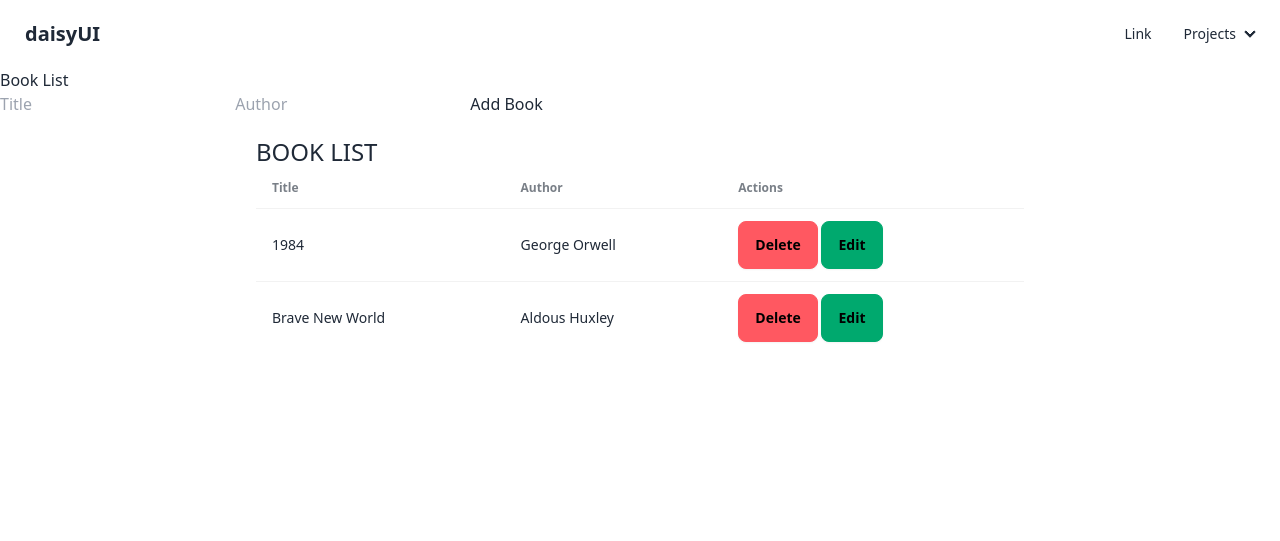
Repository: sibi24sibi/Crud-app-svelte
Page: /
These files come from the project's save history. The page is drawn as it stood at one moment and after the next save; the edit follows.
The browser window is 1280 px wide. The pictures show the whole page.
The project was rebuilt for these pictures with package versions that can differ from the ones it lists, and the page was loaded fresh each time. Also part of the build but not shown: svelte.config.js, vite.config.js, src/lib/Counter.svelte, src/Components/Input.Svelte, src/Components/InputData.svelte.

Above is the page before, as saved 2024-06-30 18:58:34.

### index.html
<!doctype html>
<html lang="en" data-theme="light">
  <head>
    <meta charset="UTF-8" />
    <link rel="icon" type="image/svg+xml" href="/vite.svg" />
    <meta name="viewport" content="width=device-width, initial-scale=1.0" />
    <title>Vite + Svelte</title>
  </head>
  <body>
    <div id="app"></div>
    <script type="module" src="/src/main.js"></script>
  </body>
</html>

### src/App.svelte
<script>
  import svelteLogo from "./assets/svelte.svg";
  import viteLogo from "/vite.svg";
  import Counter from "./lib/Counter.svelte";
  import Navbar from "./Components/Navbar.svelte";
  import Video from "./Components/InputData.svelte";
  import InputData from "./Components/InputData.svelte";
  import AddBook from "./Components/AddBook.svelte";
  import BookList from "./Components/BookList.svelte";
</script>

<main>
  <Navbar />

  <h1>Book List</h1>
  <AddBook />
  <BookList />
</main>

<style>
</style>

### src/Components/Navbar.svelte
<script></script>

<body>
  <div class="navbar bg-base-100">
    <div class="flex-1">
      <a class="btn btn-ghost text-xl">daisyUI</a>
    </div>
    <div class="flex-none">
      <ul class="menu menu-horizontal px-1">
        <li><a>Link</a></li>
        <li>
          <details>
            <summary>Projects</summary>
            <ul class="bg-base-100 rounded-t-none p-2">
              <li><a>Video player</a></li>
              <li><a>data entry</a></li>
            </ul>
          </details>
        </li>
      </ul>
    </div>
  </div>
</body>

<style>
</style>

### src/Components/AddBook.svelte
<script>
  import { books } from "./BookStore.js";
  let title = "";
  let author = "";

  function addBook() {
    books.update((items) => [
      ...items,
      { id: items.length ? items[items.length - 1].id + 1 : 1, title, author },
    ]);
    title = "";
    author = "";
  }
</script>

<div>
  <input placeholder="Title" bind:value={title} />
  <input placeholder="Author" bind:value={author} />
  <button on:click={addBook}>Add Book</button>
</div>

### src/Components/BookList.svelte
<script>
  import { books } from "./BookStore.js";
  let editableBook = null;

  function deleteBook(id) {
    books.update((items) => items.filter((item) => item.id !== id));
  }

  function editBook(book) {
    editableBook = { ...book };
  }

  function saveEdit() {
    books.update((items) =>
      items.map((item) => (item.id === editableBook.id ? editableBook : item))
    );
    editableBook = null;
  }
</script>

<div class="overflow-x-auto max-w-3xl mx-auto my-5">
  <h1 class="text-2xl uppercase">Book List</h1>
  <table class="table">
    <thead>
      <tr>
        <th>Title</th>
        <th>Author</th>
        <th>Actions</th>
      </tr>
    </thead>
    <tbody>
      {#each $books as book}
        <tr>
          {#if editableBook && editableBook.id === book.id}
            <td
              ><input
                class="input input-bordered"
                bind:value={editableBook.title}
              /></td
            >

            <td>
              <input
                class="input input-bordered"
                bind:value={editableBook.author}
              /></td
            >
            <td>
              <button class="btn btn-primary" on:click={saveEdit}>Save</button
              ></td
            >
          {:else}
            <td>{book.title} </td> <td> {book.author} </td>
            <td
              ><button
                class="btn btn-error"
                on:click={() => deleteBook(book.id)}>Delete</button
              >
              <button class="btn btn-success" on:click={() => editBook(book)}
                >Edit</button
              ></td
            >
          {/if}
        </tr>
      {/each}
    </tbody>
  </table>
</div>

### src/Components/BookStore.js
import { writable } from "svelte/store";

export const books = writable([
  { id: 1, title: "1984", author: "George Orwell" },
  { id: 2, title: "Brave New World", author: "Aldous Huxley" },
]);

### tailwind.config.js
/** @type {import('tailwindcss').Config} */
export default {
  content: ["./index.html", "./src/**/*.{svelte,js,ts,jsx,tsx}"],
  theme: {
    extend: {},
  },
  plugins: [require("daisyui")],
};

Loaded but not shown: src/main.js (common file); src/app.css (common file)

After the next save:
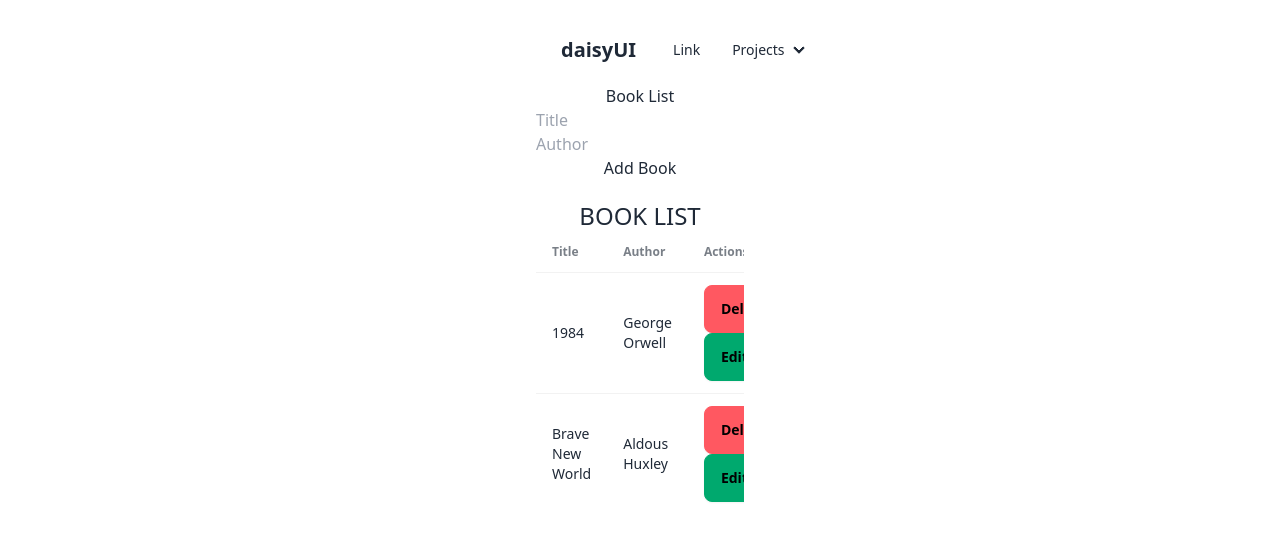
Saved 68 s later.
--- a/src/App.svelte
+++ b/src/App.svelte
@@ -18,4 +18,18 @@
 </main>
 
 <style>
+  main {
+    text-align: center;
+    padding: 1em;
+    max-width: 240px;
+    margin: 0 auto;
+  }
+
+  input {
+    margin: 0.5em;
+  }
+
+  button {
+    margin: 0.5em;
+  }
 </style>
